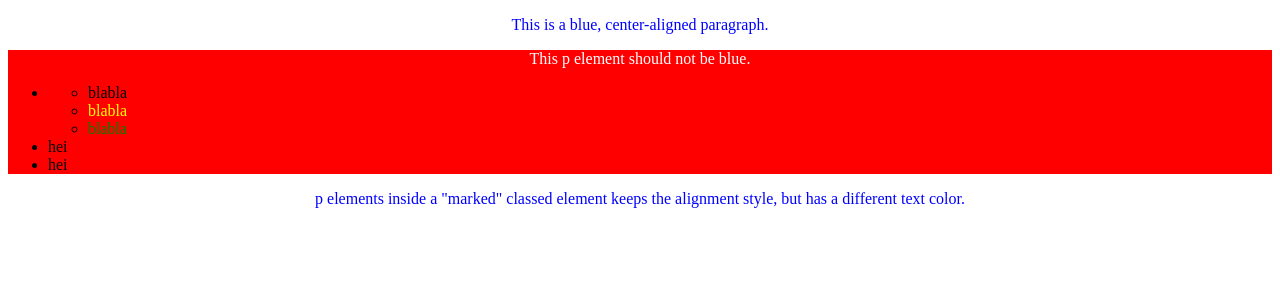
Repository: mesan/css-kurs
Page: kode/wroom/html-snippets/noNO.html
The author's editor kept a copy of each file at every save. The page is drawn from the files as they stood at one save, then again after the next save.
The browser window is 1280 px wide. The pictures show the whole page.

Above is the page before, as saved 2013-01-16 10:25:55.

After the next save:
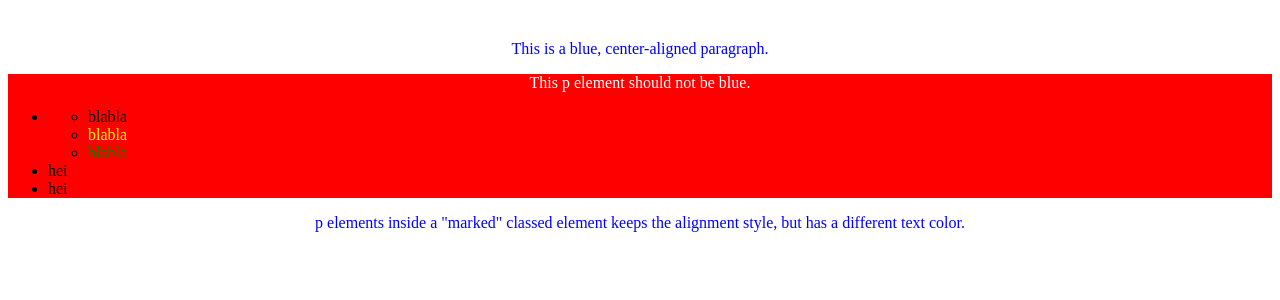
Saved 69 min 10 s later.
--- a/kode/wroom/html-snippets/noNO.html
+++ b/kode/wroom/html-snippets/noNO.html
@@ -26,6 +26,7 @@
 	</head>
 
 	<body>
+		<p style="color: pink; font-size: 40px;"></p>
 		<p>
 			This is a blue, center-aligned paragraph.
 		</p>
